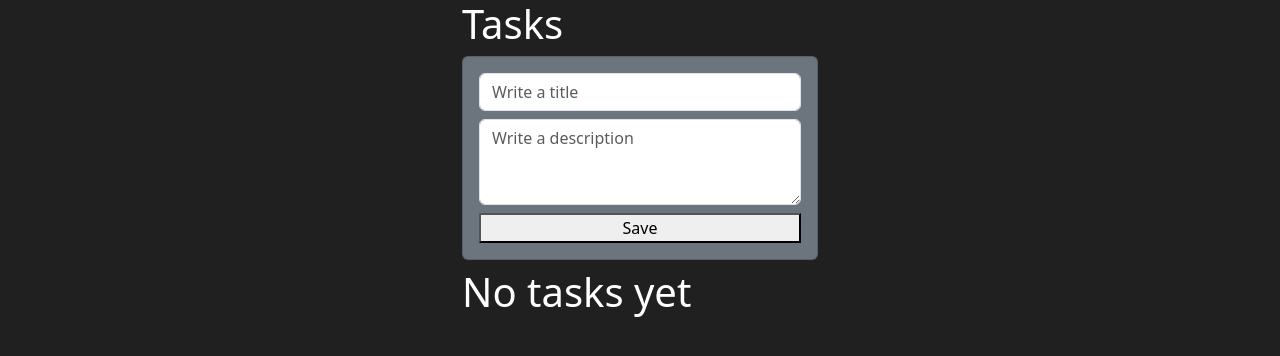
Repository: ChemsJam/django_postgres_todo
Page: http://localhost/tasks/
These files come from the project's save history. The page is drawn as it stood at one moment and after the next save; the edit follows.
The browser window is 1280 px wide. The pictures show the whole page.
The page is served by the project's application, run on Django 5.2 (manage.py). Other server files are loaded and not shown. Queries for data that is not in the repository find no rows.

Above is the page before, as saved 2024-08-19 15:50:04.

### tasks/templates/TasksList.html
{% load static %}

<!DOCTYPE html>
<html lang="en">
<head>
    <meta charset="UTF-8">
    <meta name="viewport" content="width=device-width, initial-scale=1.0">
    <title>DJango Crud</title>
    <link rel="stylesheet" href="https://cdn.jsdelivr.net/npm/bootstrap@5.3.2/dist/css/bootstrap.min.css">
    <link rel="stylesheet" href={% static 'main.css' %}>
</head>
<body>
    <div class="container">
        <div class="row">
            <div class="col-md-4 offset-md-4">
                <h1>
                    Tasks
                </h1>
                <form action={% url 'create_tasks' %} method="POST" class="card card-body bg-secondary mb-2">
                {% csrf_token %}
                <input type="text" name="tittle" placeholder="Write a title" class="form-control mb-2">

                <textarea name="description" rows="3" placeholder="Write a description" class="form-control mb-2"></textarea>

                <button>Save</button>

                </form>

                {% for task in tasks %}
                <div>
                    <h4>{{task.tittle}}</h4>
                    <p>{{task.description}}</p>
                    <form action={% url 'delete_task' task.id %} method="POST">
                        {% csrf_token %}
                        <button>Delete</button>
                    </form>
                </div>

                {% empty %}
                <h1>No tasks yet</h1>
                {% endfor %}
            </div>
        </div>
    </div>
</body>
</html>

### tasks/views.py
from django.shortcuts import render, redirect
from .models import Task

# Create your views here.
def list_tasks(request):
    tasks = Task.objects.all()
    return render(request, 'TasksList.html', {'tasks': tasks})

def create_task(request):
    task = Task(tittle=request.POST['tittle'], description=request.POST['description'])
    task.save()
    return redirect('/tasks/')

def delete_task(request, task_id):
    task = Task.objects.get(id=task_id)
    task.delete()
    return redirect('/tasks/')

### django_postgres/urls.py
"""
URL configuration for django_postgres project.

The `urlpatterns` list routes URLs to views. For more information please see:
    https://docs.djangoproject.com/en/5.1/topics/http/urls/
Examples:
Function views
    1. Add an import:  from my_app import views
    2. Add a URL to urlpatterns:  path('', views.home, name='home')
Class-based views
    1. Add an import:  from other_app.views import Home
    2. Add a URL to urlpatterns:  path('', Home.as_view(), name='home')
Including another URLconf
    1. Import the include() function: from django.urls import include, path
    2. Add a URL to urlpatterns:  path('blog/', include('blog.urls'))
"""
from django.contrib import admin
from django.urls import path, include


urlpatterns = [
    path('admin/', admin.site.urls),
    path('tasks/', include('tasks.urls'))
]

### tasks/urls.py
from django.urls import path
from .views import list_tasks, create_task, delete_task

urlpatterns = [
    path('', list_tasks),
    path('new/', create_task, name='create_tasks'),
    path('delete/<int:task_id>/', delete_task, name='delete_task' )
]

### tasks/static/main.css
body {
    background-color: #202020;
    color: white;
}

After the next save:
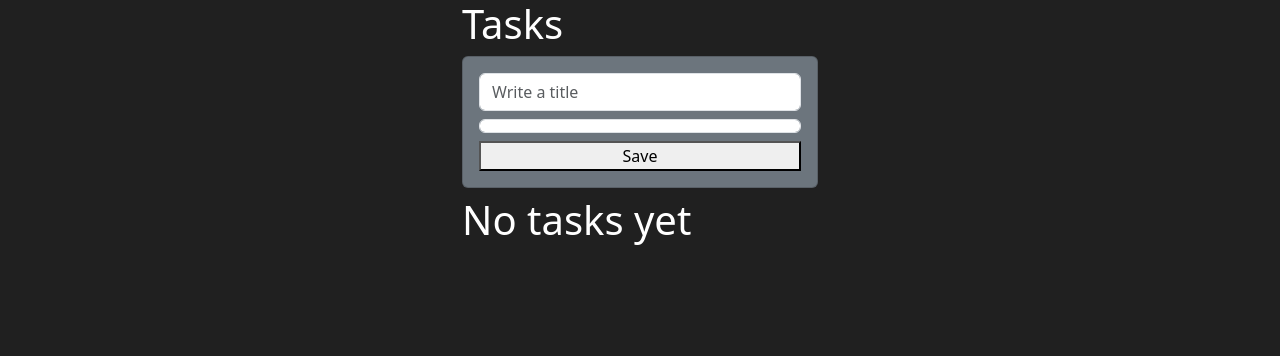
Saved 19 s later.
--- a/tasks/templates/TasksList.html
+++ b/tasks/templates/TasksList.html
@@ -20,7 +20,7 @@
                 {% csrf_token %}
                 <input type="text" name="tittle" placeholder="Write a title" class="form-control mb-2">
 
-                <textarea name="description" rows="3" placeholder="Write a description" class="form-control mb-2"></textarea>
+                <label name="description" rows="3" placeholder="Write a description" class="form-control mb-2"></label>
 
                 <button>Save</button>
 
